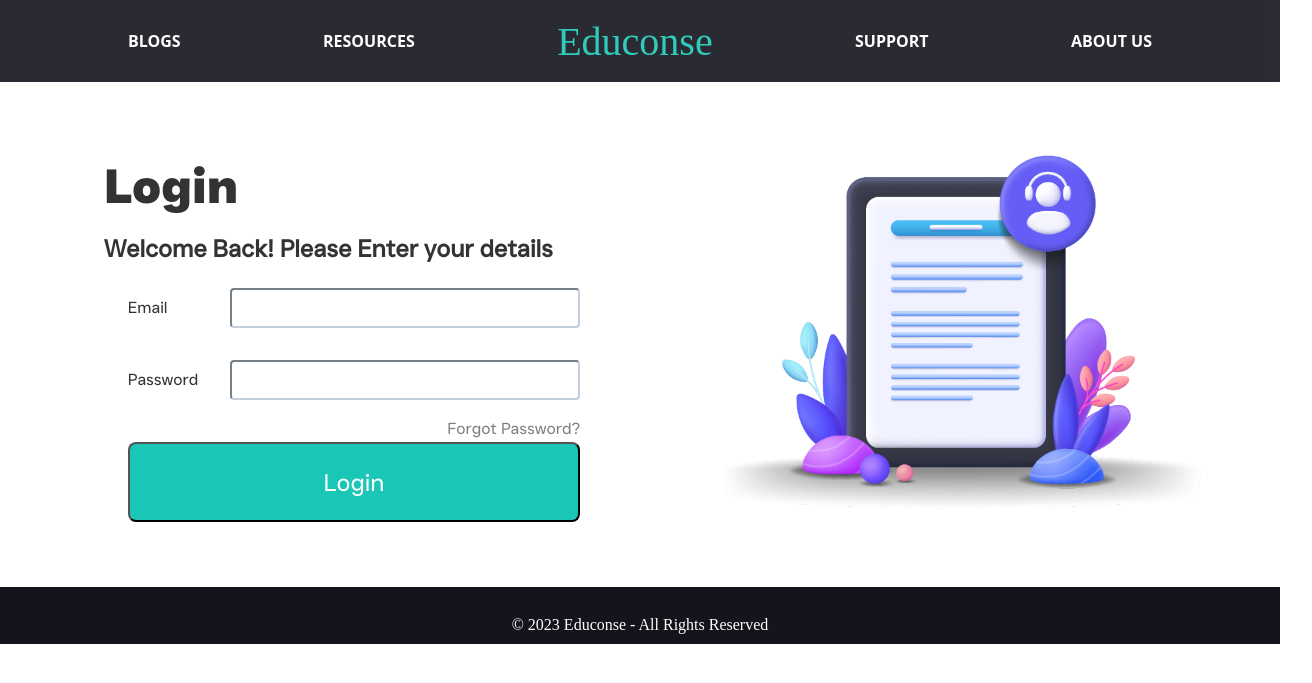
Repository: devajay07/educonse
Page: pages/login.html
An editor plug-in stored every save of this project. The page is shown before and after the next save, followed by the edit.
The browser window is 1280 px wide. The page is 1312 px wide, so the pictures cover 1312 px, including what lies to the right of the window. The pictures show the whole page.

Above is the page before, as saved 2023-10-15 02:53:23.

After the next save:
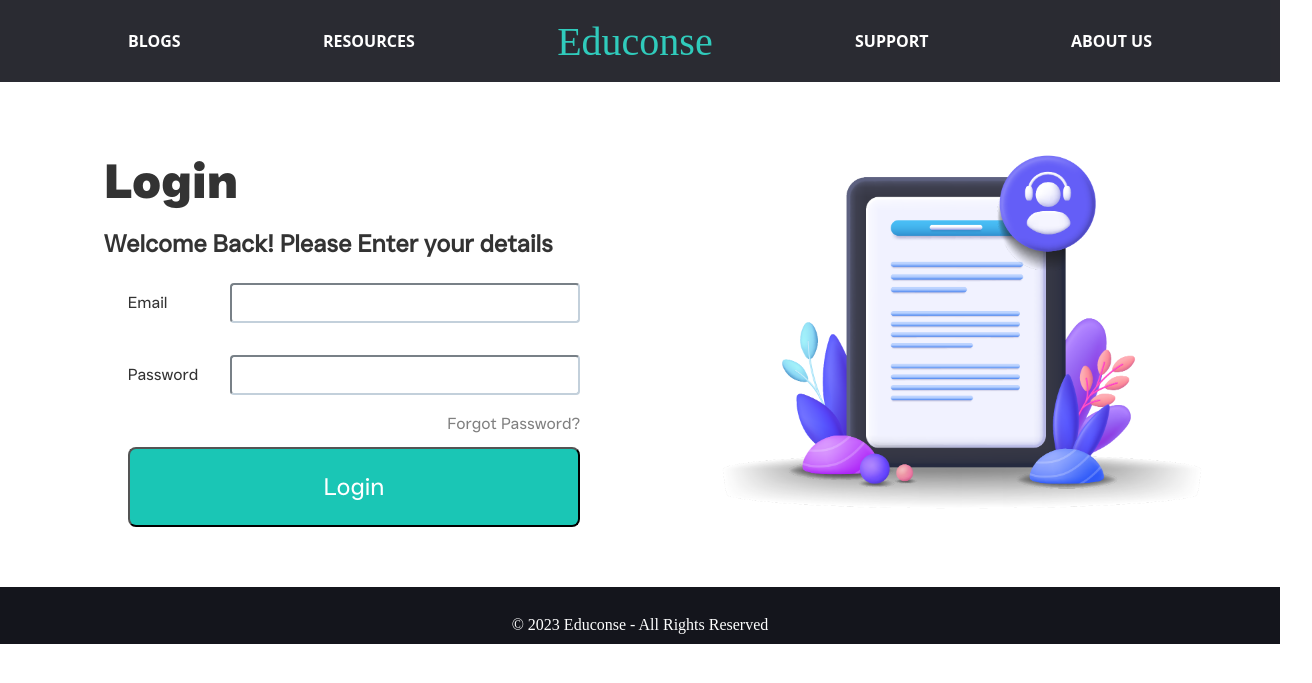
Saved 4 s later.
--- a/css/login.css
+++ b/css/login.css
@@ -83,7 +83,7 @@ input[type=password]{
   text-decoration: none;
   color:grey;
   float: right;
-  margin: 0.2rem 0  ;
+  margin: 0.2rem 0 0.8rem ;
 }
 
 
